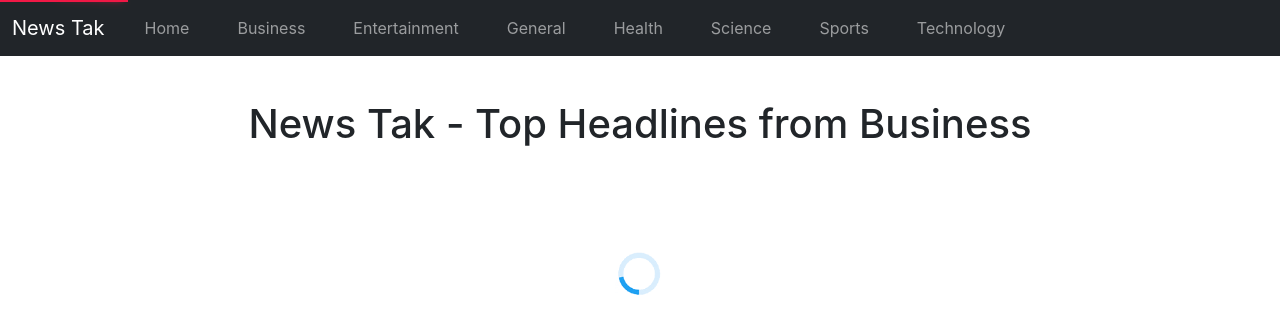
Repository: Rohit-foryou/News-website
Page: /business
The author's editor kept a copy of each file at every save. The page is drawn from the files as they stood at one save, then again after the next save.
The browser window is 1280 px wide. The pictures show the whole page.
The page's requests for data from a server got no answer. The project was rebuilt for these pictures with package versions that can differ from the ones it lists, and the page was loaded fresh each time. No one was signed in, and anything a server would have sent is missing. Also part of the build but not shown: src/Components/NewsItem.js.

Above is the page before, as saved 2024-01-12 11:24:31.

After the next save:
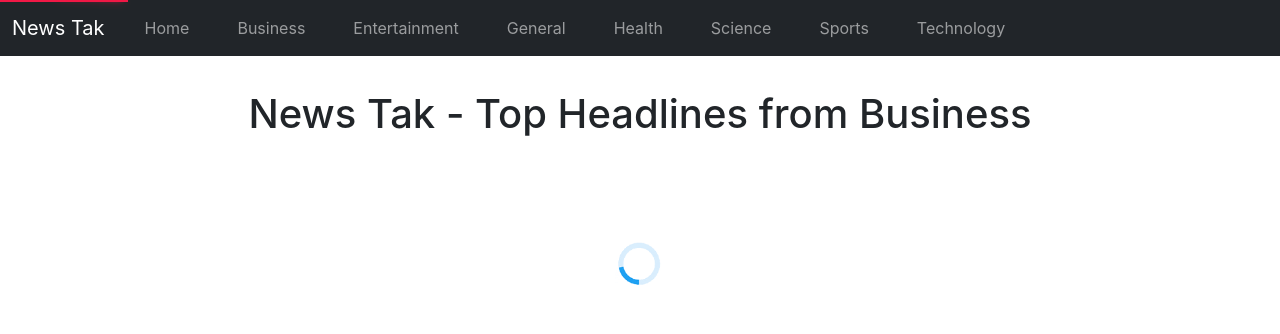
Saved 64 s later.
--- a/src/Components/News.js
+++ b/src/Components/News.js
@@ -68,7 +68,7 @@ useEffect(() => {
 
     return (
       <>
-        <h1 className="text-center" style={{ margin: '100px' }}>News Tak - Top Headlines from {capitalizeFirstLetter(props.category)}</h1>
+        <h1 className="text-center" style={{ margin: '100px', marginTop: '90px' }}>News Tak - Top Headlines from {capitalizeFirstLetter(props.category)}</h1>
         {loading && <Spinner/>}
 
         <InfiniteScroll
